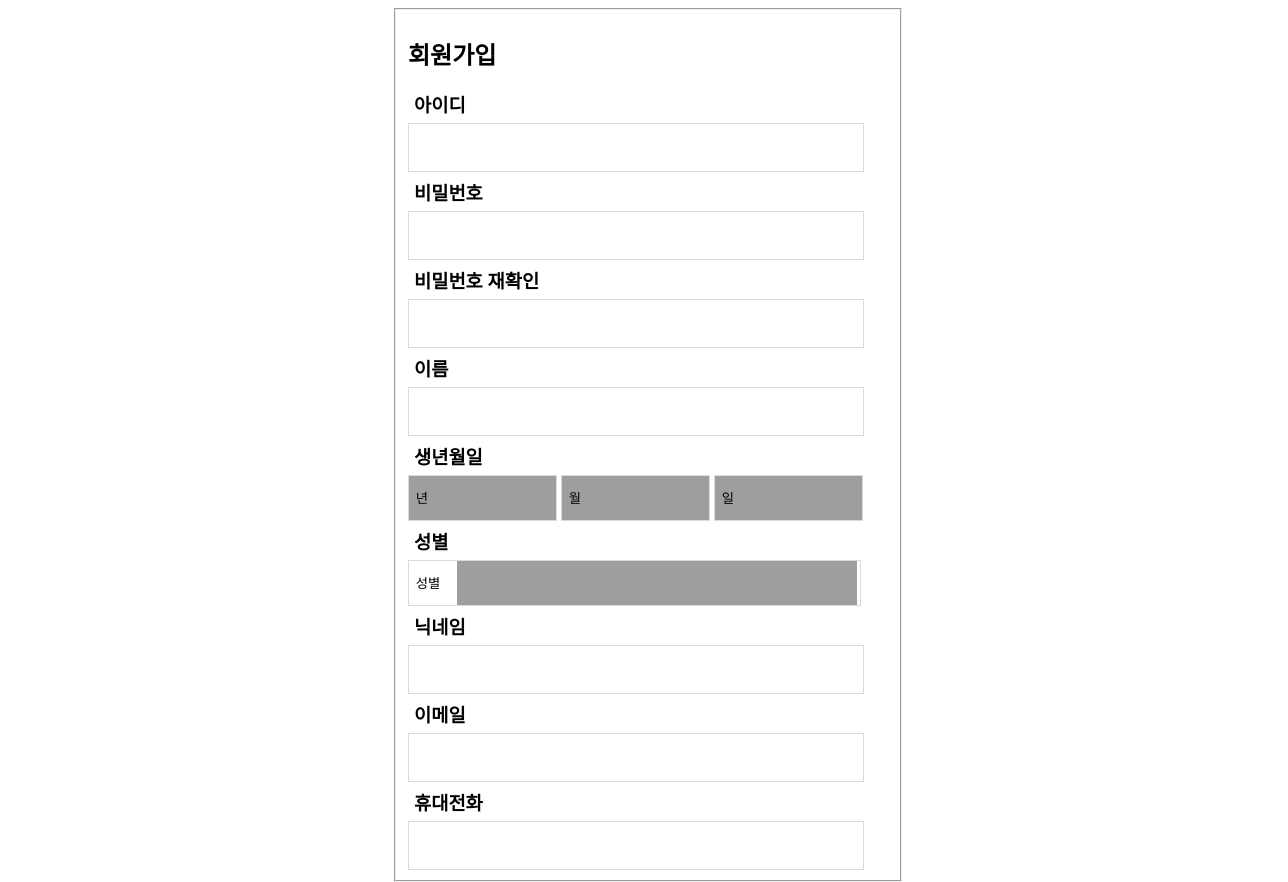
Repository: agheha/trillion
Page: YH/login/login.html
The author's editor kept a copy of each file at every save. The page is drawn from the files as they stood at one save, then again after the next save.
The browser window is 1280 px wide. The page is 1288 px wide, so the pictures cover 1288 px, including what lies to the right of the window. The pictures show the whole page.
Pictures or frames that could not be fetched are drawn as grey boxes.

Above is the page before, as saved 2019-09-03 18:54:00.

After the next save:
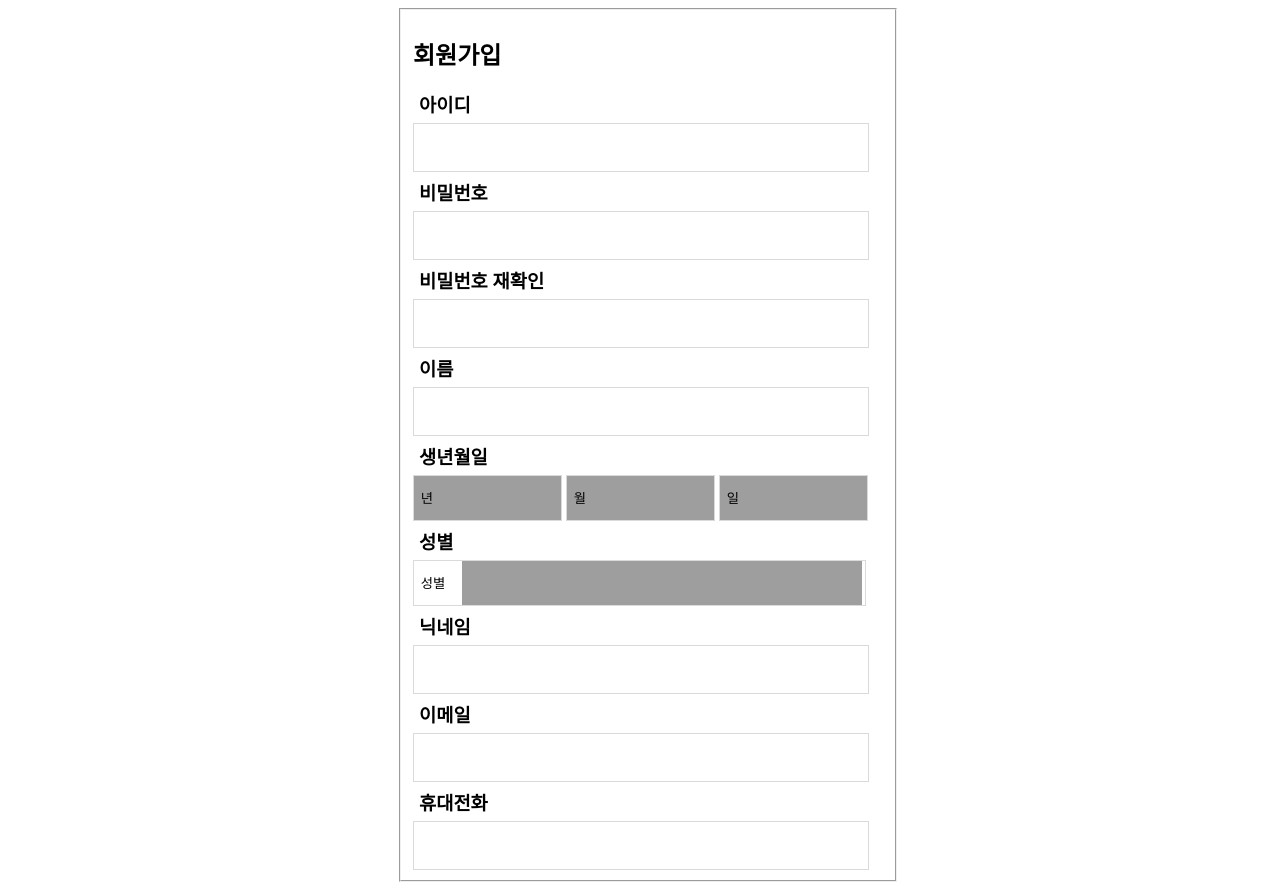
Saved 4 s later.
--- a/YH/login/login.css
+++ b/YH/login/login.css
@@ -38,6 +38,6 @@ h3 {
     margin : 6px;
 }
 fieldset {
-    width: 480px;
+    width: 470px;
     margin : 0 auto;
 }
